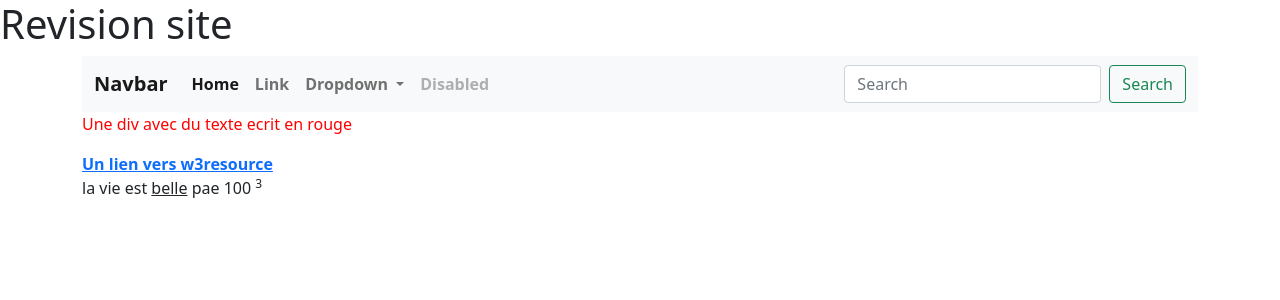
Repository: Elie-Dey/boot-start
Page: index.html
These files come from the project's save history. The page is drawn as it stood at one moment and after the next save; the edit follows.
The browser window is 1280 px wide. The pictures show the whole page.

Above is the page before, as saved 2021-08-18 23:29:06.

After the next save:
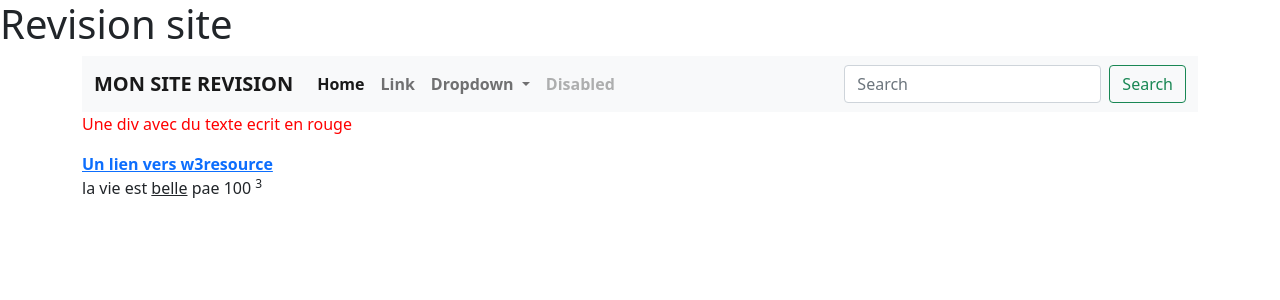
Saved 110 s later.
--- a/index.html
+++ b/index.html
@@ -18,7 +18,7 @@
     <div class="container">
       <nav class="navbar navbar-expand-lg navbar-light bg-light">
         <div class="container-fluid">
-          <a class="navbar-brand" href="#">Navbar</a>
+          <a class="navbar-brand" href="#">MON SITE REVISION</a>
           <button
             class="navbar-toggler"
             type="button"
@@ -50,7 +50,7 @@
                   Dropdown
                 </a>
                 <ul class="dropdown-menu" aria-labelledby="navbarDropdown">
-                  <li><a class="dropdown-item" href="#">Action</a></li>
+                  <li><a class="dropdown-item" href="#">Elie action</a></li>
                   <li><a class="dropdown-item" href="#">Another action</a></li>
                   <li><hr class="dropdown-divider" /></li>
                   <li>
